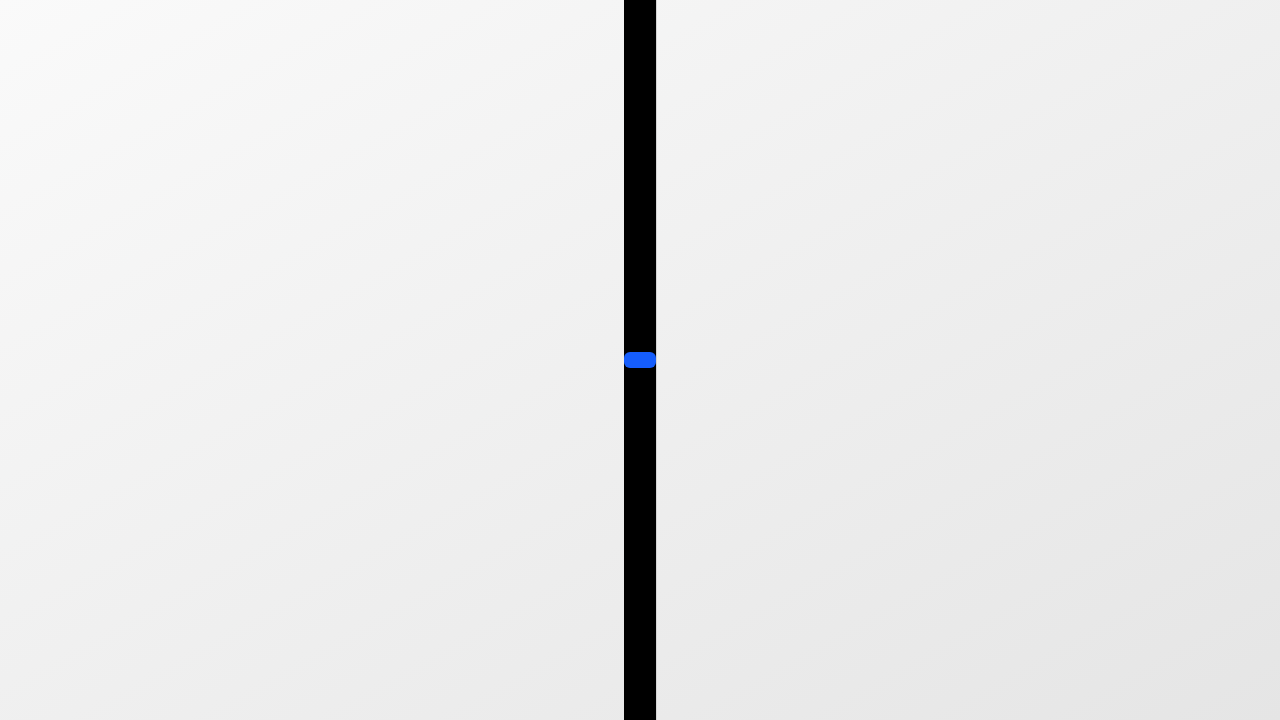
Repository: akanksha653/connectify
Page: /anonymous
These files come from the project's save history. The page is drawn as it stood at one moment and after the next save; the edit follows.
The browser window is 1280 px wide. The pictures show the whole page.
The page's requests for data from a server got no answer. The project was rebuilt for these pictures with package versions that can differ from the ones it lists, and the page was loaded fresh each time. The framework's server and built-in components were replaced by stand-ins that run in the browser. No one was signed in, and anything a server would have sent is missing. Also part of the build but not shown: next.config.ts, components/video/LocalVideo.tsx, components/video/RemoteVideo.tsx, components/chat/Message.tsx, components/chat/ChatBox.tsx, features/anonymousChat/components/FindingPartner.tsx.

Above is the page before, as saved 2025-07-12 11:47:27.

### src/app/anonymous/page.tsx
"use client";

import React from "react";
// Update the import path below to the correct relative path if needed
import AnonymousChatRoom from "../../../features/anonymousChat/components/AnonymousChatRoom";

export default function AnonymousPage() {
  return (
    <main className="flex min-h-screen flex-col items-center justify-center bg-gradient-to-br from-neutral-50 to-neutral-200 dark:from-neutral-900 dark:to-neutral-800 px-4">
      <AnonymousChatRoom />
    </main>
  );
}

### features/anonymousChat/components/AnonymousChatRoom.tsx
"use client";

import React, { useEffect, useState, useCallback } from "react";
import useWebRTC from "../hooks/useWebRTC";
import useSocket from "../hooks/useSocket";
import LocalVideo from "../../../components/video/LocalVideo";
import RemoteVideo from "../../../components/video/RemoteVideo";
import ChatBox from "../../../components/chat/ChatBox";
import FindingPartner from "./FindingPartner";
import Button from "../../../components/common/Button";

export default function AnonymousChatRoom() {
  const [roomId, setRoomId] = useState<string | null>(null);
  const [isOfferer, setIsOfferer] = useState<boolean | null>(null);
  const [loading, setLoading] = useState(false);
  const [chatStarted, setChatStarted] = useState(false);

  const socket = useSocket();

  // ✅ Initialize WebRTC only when roomId & isOfferer are assigned
  const { localStream, remoteStream, stopWebRTC } = useWebRTC(roomId, isOfferer);

  /**
   * ✅ Handle 'matched' event from server with useCallback
   */
  const handleMatched = useCallback(
    ({
      roomId,
      partnerId,
      isOfferer,
    }: {
      roomId: string;
      partnerId: string;
      isOfferer: boolean;
    }) => {
      console.log("🎉 Matched in room:", roomId, "Offerer:", isOfferer);
      setRoomId(roomId);
      setIsOfferer(isOfferer);
      setLoading(true);

      // ✅ Join assigned room after server matching
      socket?.emit("join-room", roomId);
    },
    [socket]
  );

  /**
   * ✅ Register matched event listener
   */
  useEffect(() => {
    if (!socket) return;

    socket.off("matched", handleMatched); // Prevent duplicate listeners
    socket.on("matched", handleMatched);

    return () => {
      socket.off("matched", handleMatched);
    };
  }, [socket, handleMatched]);

  /**
   * ✅ Listen for socket connect/disconnect for stability
   */
  useEffect(() => {
    if (!socket) return;

    const handleDisconnect = () => {
      console.log("⚠️ Disconnected from socket server");
      setLoading(false);
      setChatStarted(false);
    };

    const handleConnect = () => {
      console.log("✅ Connected to socket server:", socket.id);
    };

    const handlePartnerLeft = () => {
      console.log("👋 Partner left the chat");
      handleStop(); // Auto stop and show Start button
    };

    socket.on("disconnect", handleDisconnect);
    socket.on("connect", handleConnect);
    socket.on("partner-left", handlePartnerLeft);

    return () => {
      socket.off("disconnect", handleDisconnect);
      socket.off("connect", handleConnect);
      socket.off("partner-left", handlePartnerLeft);
    };
  }, [socket]);

  /**
   * ✅ Update loading state when remote stream arrives
   */
  useEffect(() => {
    if (remoteStream) {
      setLoading(false);
    }
  }, [remoteStream]);

  /**
   * ✅ Start chat handler
   */
  const handleStart = () => {
    if (!socket) return;
    console.log("🔍 Looking for partner...");
    setChatStarted(true);
    setLoading(true);
    // Emit to server to enter matchmaking (server auto matches if someone waiting)
    // In your current signaling.js, just connecting triggers matchmaking
  };

  /**
   * ✅ Stop chat handler
   */
  const handleStop = () => {
    console.log("🛑 Stopping chat...");
    if (socket && roomId) {
      socket.emit("leave-room", roomId);
    }
    stopWebRTC(); // Clean up WebRTC connection
    setRoomId(null);
    setIsOfferer(null);
    setChatStarted(false);
    setLoading(false);
  };

  /**
   * ✅ Leave room on unmount for cleanup
   */
  useEffect(() => {
    return () => {
      handleStop();
    };
    // eslint-disable-next-line react-hooks/exhaustive-deps
  }, []);

  return (
    <div className="flex flex-col md:flex-row h-screen">
      {/* Video Section */}
      <div className="flex-1 bg-black flex items-center justify-center relative">
        {!chatStarted ? (
          <div className="flex flex-col items-center justify-center space-y-4">
            <Button onClick={handleStart}>Start</Button>
          </div>
        ) : loading ? (
          <FindingPartner />
        ) : (
          <>
            <div className="absolute bottom-4 right-4 w-40 h-40 border-2 border-white rounded-md overflow-hidden">
              {localStream ? (
                <LocalVideo stream={localStream} />
              ) : (
                <div className="text-white text-sm">Loading camera...</div>
              )}
            </div>
            <RemoteVideo stream={remoteStream} />

            {/* Stop button */}
            <div className="absolute top-4 right-4">
              <Button onClick={handleStop}>Stop</Button>
            </div>
          </>
        )}
      </div>

      {/* Chat Section */}
      <div className="md:w-1/3 bg-neutral-100 dark:bg-neutral-800 border-l border-neutral-300 dark:border-neutral-700 flex flex-col">
        {roomId && <ChatBox socket={socket} roomId={roomId} />}
      </div>
    </div>
  );
}

### features/anonymousChat/hooks/useWebRTC.ts
import { useEffect, useRef, useState, useCallback } from "react";
import { io, Socket } from "socket.io-client";

const SOCKET_URL = process.env.NEXT_PUBLIC_SOCKET_URL;

export default function useWebRTC(roomId: string | null, isOfferer: boolean | null) {
  const [remoteStream, setRemoteStream] = useState<MediaStream | null>(null);
  const [localStream, setLocalStream] = useState<MediaStream | null>(null);
  const peerConnectionRef = useRef<RTCPeerConnection | null>(null);
  const socketRef = useRef<Socket | null>(null);

  const iceServers = {
    iceServers: [
      { urls: "stun:stun.l.google.com:19302" },
      { urls: "stun:stun1.l.google.com:19302" },
      // 🔒 Add TURN servers for production behind NAT/firewalls
    ],
  };

  /**
   * ✅ Cleanup function to close connections and stop media tracks
   */
  const stopWebRTC = useCallback(() => {
    console.log("🛑 Stopping WebRTC and socket connections");
    // Close peer connection
    peerConnectionRef.current?.close();
    peerConnectionRef.current = null;

    // Stop local media tracks
    localStream?.getTracks().forEach((track) => track.stop());
    setLocalStream(null);

    // Clear remote stream
    setRemoteStream(null);

    // Disconnect socket
    socketRef.current?.disconnect();
    socketRef.current = null;
  }, [localStream]);

  useEffect(() => {
    if (!roomId || isOfferer === null) {
      console.log("⏳ Waiting for server-assigned roomId and role...");
      return;
    }

    const init = async () => {
      if (!SOCKET_URL) {
        console.error("❌ NEXT_PUBLIC_SOCKET_URL is not defined");
        return;
      }

      try {
        // ✅ Connect to signaling server
        socketRef.current = io(SOCKET_URL, {
          transports: ["websocket"],
        });

        socketRef.current.on("connect", () => {
          console.log("✅ Connected to socket server:", socketRef.current?.id);
        });

        // ✅ Get local media stream immediately
        const stream = await navigator.mediaDevices.getUserMedia({ video: true, audio: true });
        setLocalStream(stream);
        console.log("📷 Obtained local media stream");

        // ✅ Create RTCPeerConnection
        peerConnectionRef.current = new RTCPeerConnection(iceServers);
        console.log("🔧 Created RTCPeerConnection");

        // ✅ Add local tracks to peer connection
        stream.getTracks().forEach((track) => {
          peerConnectionRef.current?.addTrack(track, stream);
        });

        // ✅ Handle remote stream
        peerConnectionRef.current.ontrack = (event) => {
          console.log("📡 Received remote stream track");
          setRemoteStream(event.streams[0]);
        };

        // ✅ Monitor connection state
        peerConnectionRef.current.onconnectionstatechange = () => {
          console.log("🔗 Connection state:", peerConnectionRef.current?.connectionState);
        };

        // ✅ Handle ICE candidates generated locally
        peerConnectionRef.current.onicecandidate = (event) => {
          if (event.candidate) {
            console.log("📤 Sending ICE candidate");
            socketRef.current?.emit("ice-candidate", { candidate: event.candidate, roomId });
          }
        };

        // ✅ Join room and wait for confirmation before offer creation
        socketRef.current.emit("join-room", roomId);

        socketRef.current.on("joined-room", async (joinedRoomId) => {
          console.log("🏠 Successfully joined room:", joinedRoomId);

          if (isOfferer) {
            console.log("📞 Creating offer...");
            const offer = await peerConnectionRef.current!.createOffer();
            await peerConnectionRef.current!.setLocalDescription(offer);
            socketRef.current?.emit("offer", { offer, roomId });
            console.log("📤 Sent offer:", offer);
          }
        });

        // ✅ Listen for offer
        socketRef.current.on("offer", async ({ offer }) => {
          console.log("📩 Received offer:", offer);
          await peerConnectionRef.current!.setRemoteDescription(new RTCSessionDescription(offer));
          const answer = await peerConnectionRef.current!.createAnswer();
          await peerConnectionRef.current!.setLocalDescription(answer);
          socketRef.current?.emit("answer", { answer, roomId });
          console.log("📤 Sent answer:", answer);
        });

        // ✅ Listen for answer
        socketRef.current.on("answer", async ({ answer }) => {
          console.log("📩 Received answer:", answer);
          await peerConnectionRef.current!.setRemoteDescription(new RTCSessionDescription(answer));
        });

        // ✅ Listen for ICE candidates from remote peer
        socketRef.current.on("ice-candidate", async ({ candidate }) => {
          console.log("📩 Received ICE candidate:", candidate);
          try {
            await peerConnectionRef.current!.addIceCandidate(new RTCIceCandidate(candidate));
          } catch (error) {
            console.error("❌ Error adding received ICE candidate:", error);
          }
        });
      } catch (error) {
        console.error("❌ Failed to initialize WebRTC:", error);
      }
    };

    init();

    return () => {
      stopWebRTC();
    };
  }, [roomId, isOfferer, stopWebRTC]);

  return { localStream, remoteStream, stopWebRTC };
}

### features/anonymousChat/hooks/useSocket.ts
// features/anonymousChat/hooks/useSocket.ts

import { useEffect, useState } from "react";
import { io, Socket } from "socket.io-client";

const SOCKET_URL = process.env.NEXT_PUBLIC_SOCKET_URL;

export default function useSocket(): Socket | null {
  const [socket, setSocket] = useState<Socket | null>(null);

  useEffect(() => {
    if (!SOCKET_URL) {
      console.error("❌ NEXT_PUBLIC_SOCKET_URL is not defined");
      return;
    }

    const newSocket = io(SOCKET_URL, {
      transports: ["websocket"],
      reconnectionAttempts: 3,
      reconnectionDelay: 1000,
      forceNew: true, // ✅ ensures fresh connection per hook usage
    });

    newSocket.on("connect", () => {
      console.log("✅ Connected to socket server:", newSocket.id);
    });

    newSocket.on("disconnect", () => {
      console.log("❌ Disconnected from socket server");
    });

    newSocket.on("connect_error", (err) => {
      console.error("⚠️ Socket connection error:", err.message);
    });

    setSocket(newSocket);

    return () => {
      newSocket.disconnect();
    };
  }, []);

  return socket;
}

### components/common/Button.tsx
"use client";

import React from "react";
import { cn } from "@/utils/cn";

interface ButtonProps extends React.ButtonHTMLAttributes<HTMLButtonElement> {
  label: string;
  icon?: React.ReactNode;
  loading?: boolean;
  variant?: "start" | "stop" | "primary";
}

export default function Button({
  label,
  icon,
  loading = false,
  disabled,
  className,
  variant = "primary",
  ...props
}: ButtonProps) {
  const baseStyle =
    "inline-flex items-center justify-center text-white px-4 py-2 rounded-md text-sm font-medium transition disabled:opacity-50 disabled:cursor-not-allowed focus:outline-none focus:ring-2 focus:ring-offset-2";

  const variantStyle = {
    start:
      "bg-green-600 hover:bg-green-700 focus:ring-green-500",
    stop:
      "bg-red-600 hover:bg-red-700 focus:ring-red-500",
    primary:
      "bg-blue-600 hover:bg-blue-700 focus:ring-blue-500",
  };

  return (
    <button
      disabled={disabled || loading}
      {...props}
      className={cn(baseStyle, variantStyle[variant], className)}
    >
      {loading ? (
        <svg
          className="animate-spin h-4 w-4 mr-2 text-white"
          xmlns="http://www.w3.org/2000/svg"
          fill="none"
          viewBox="0 0 24 24"
        >
          <circle
            className="opacity-25"
            cx="12"
            cy="12"
            r="10"
            stroke="currentColor"
            strokeWidth="4"
          ></circle>
          <path
            className="opacity-75"
            fill="currentColor"
            d="M4 12a8 8 0 018-8v4l3-3-3-3v4a8 8 0 018 8h-4l3 3 3-3h-4a8 8 0 01-8 8z"
          ></path>
        </svg>
      ) : icon ? (
        <span className="mr-2">{icon}</span>
      ) : null}
      {label}
    </button>
  );
}

### src/utils/cn.ts
import { clsx } from "clsx";
import { twMerge } from "tailwind-merge";

/**
 * Combines Tailwind classes intelligently with clsx and tailwind-merge
 */
export function cn(...inputs: any[]) {
  return twMerge(clsx(inputs));
}

Loaded but not shown: src/app/layout.tsx (common file); src/app/globals.css (common file)

After the next save:
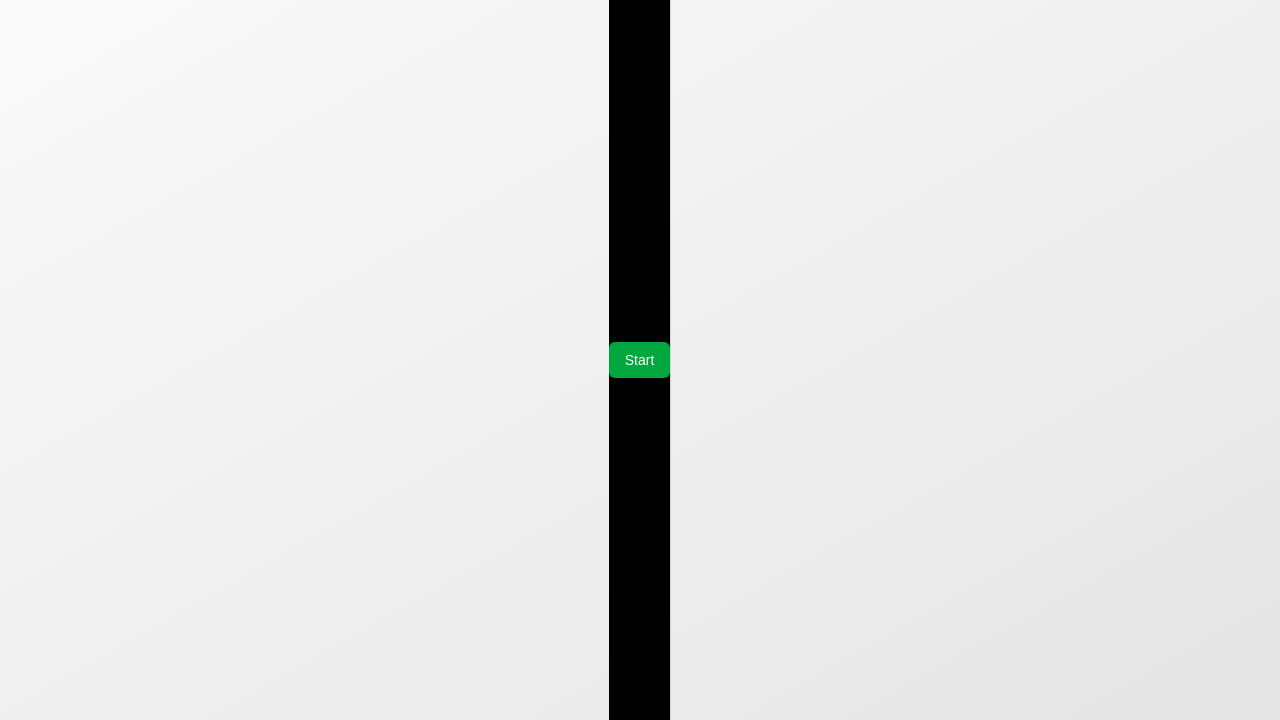
Saved 10 s later.
--- a/features/anonymousChat/components/AnonymousChatRoom.tsx
+++ b/features/anonymousChat/components/AnonymousChatRoom.tsx
@@ -142,8 +142,11 @@ export default function AnonymousChatRoom() {
       <div className="flex-1 bg-black flex items-center justify-center relative">
         {!chatStarted ? (
           <div className="flex flex-col items-center justify-center space-y-4">
-            <Button onClick={handleStart}>Start</Button>
-          </div>
+<Button
+  label="Start"
+  variant="start"
+  onClick={handleStart}
+/>          </div>
         ) : loading ? (
           <FindingPartner />
         ) : (
